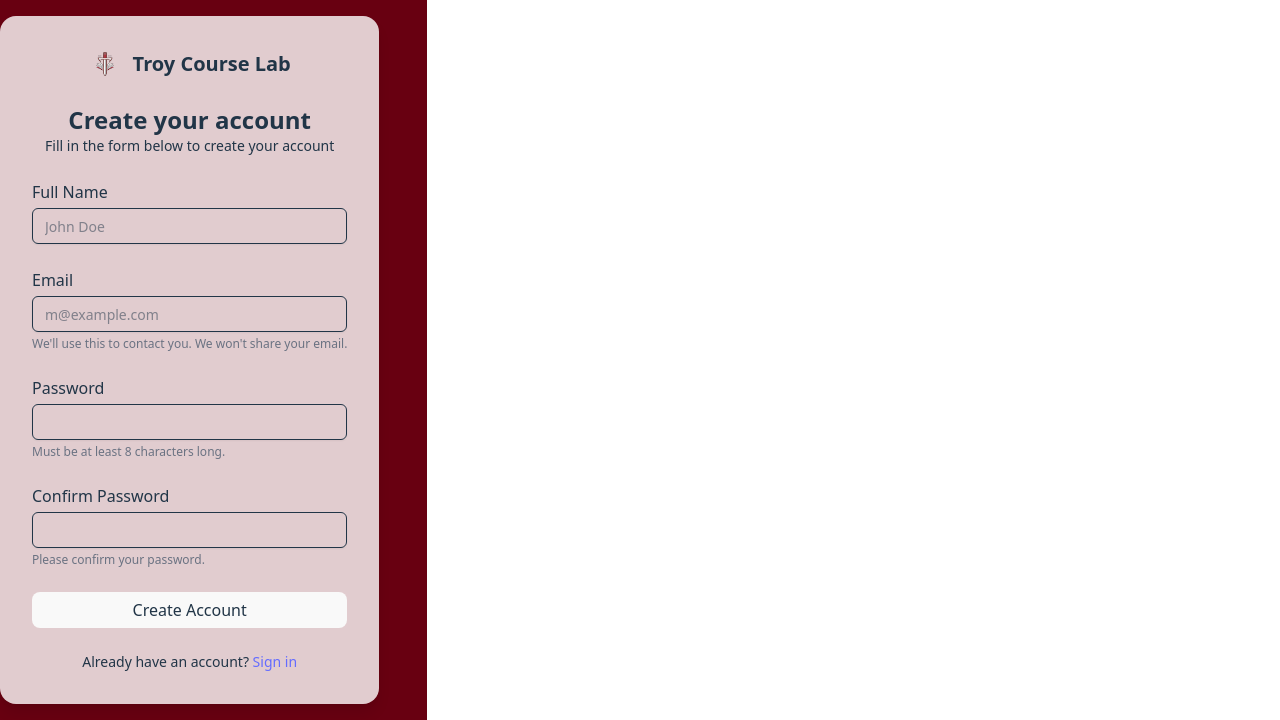
Repository: toilatrung/auth-ui-kit
Page: /register
These files come from the project's save history. The page is drawn as it stood at one moment and after the next save; the edit follows.
The browser window is 1280 px wide. The pictures show the whole page.
The project was rebuilt for these pictures with package versions that can differ from the ones it lists, and the page was loaded fresh each time. Also part of the build but not shown: vite.config.ts, src/pages/LoginPage.tsx.

Above is the page before, as saved 2025-11-01 17:27:45.

After the next save:
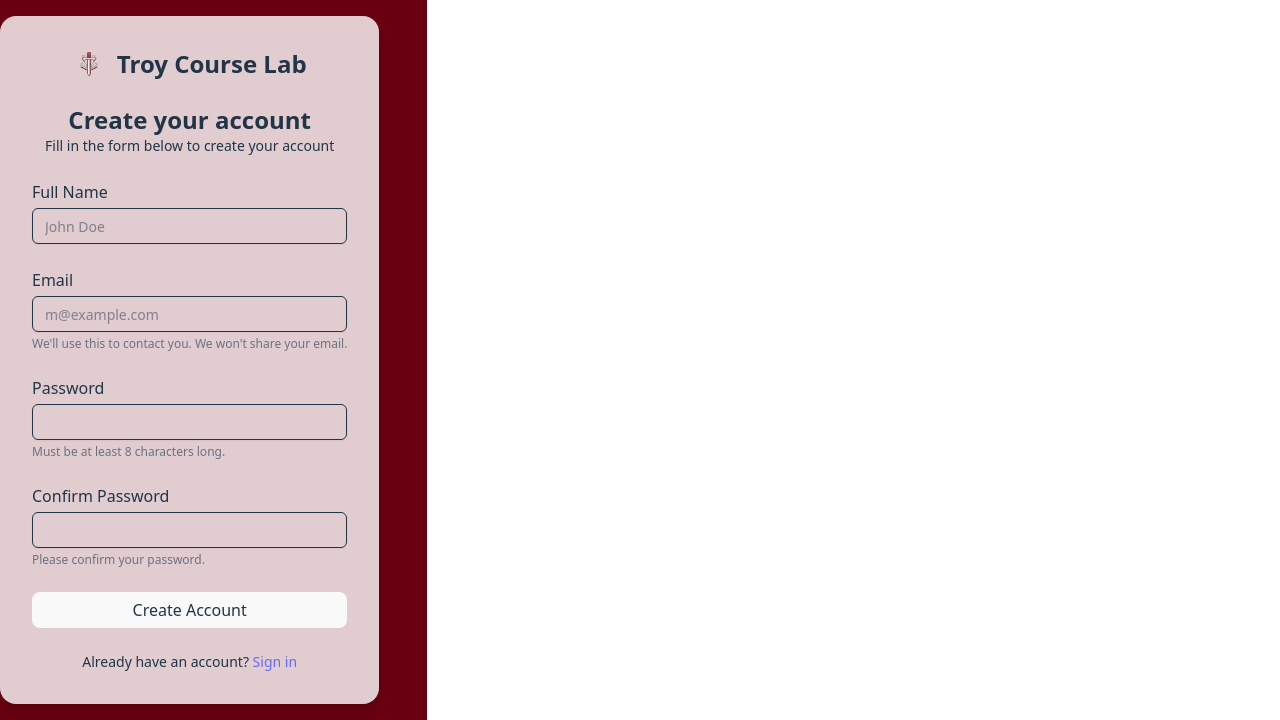
Saved 14 s later.
--- a/src/pages/RegisterPage.tsx
+++ b/src/pages/RegisterPage.tsx
@@ -14,7 +14,7 @@
             alt="Troy Logo"
             className="h-8 w-8"
           />
-          <span className="text-xl font-semibold">Troy Course Lab</span>
+          <span className="text-2xl font-semibold">Troy Course Lab</span>
         </div>
 
         {/* Form */}
